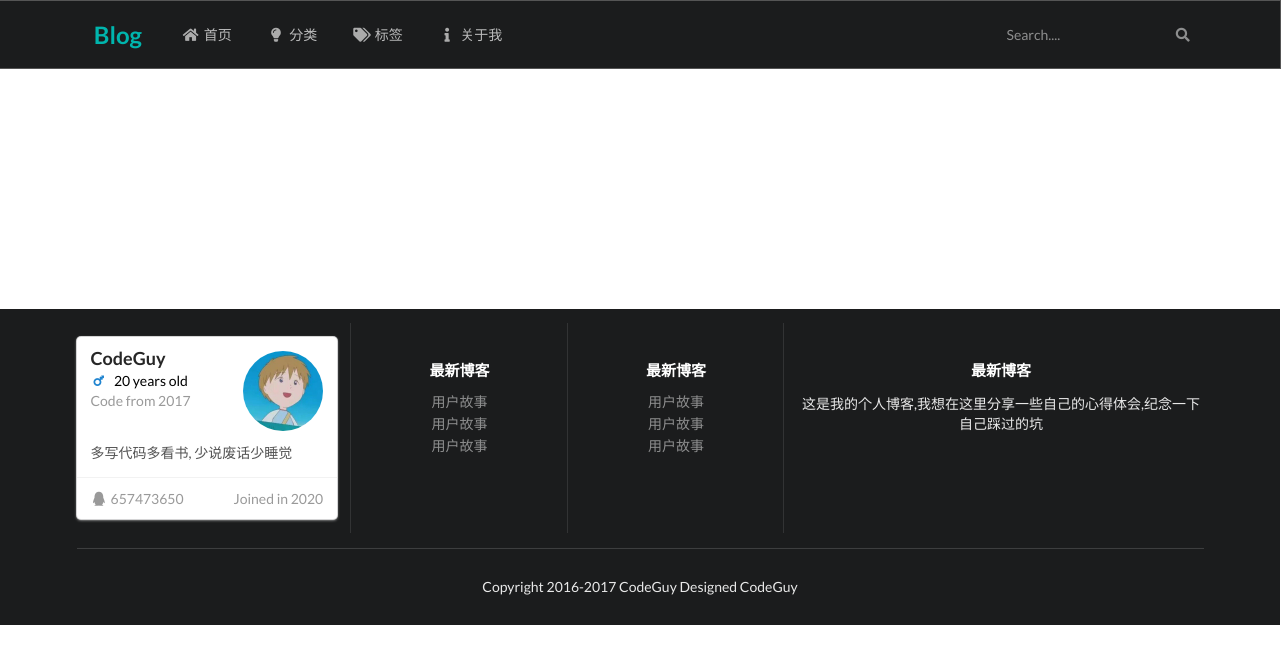
Repository: GOGOHQ/myblog
Page: index.html
The author's editor kept a copy of each file at every save. The page is drawn from the files as they stood at one save, then again after the next save.
The browser window is 1280 px wide. The page is 1281 px wide, so the pictures cover 1281 px, including what lies to the right of the window. The pictures show the whole page.
Some web libraries are served in a nearby version.

Above is the page before, as saved 2020-01-16 16:05:29.

After the next save:
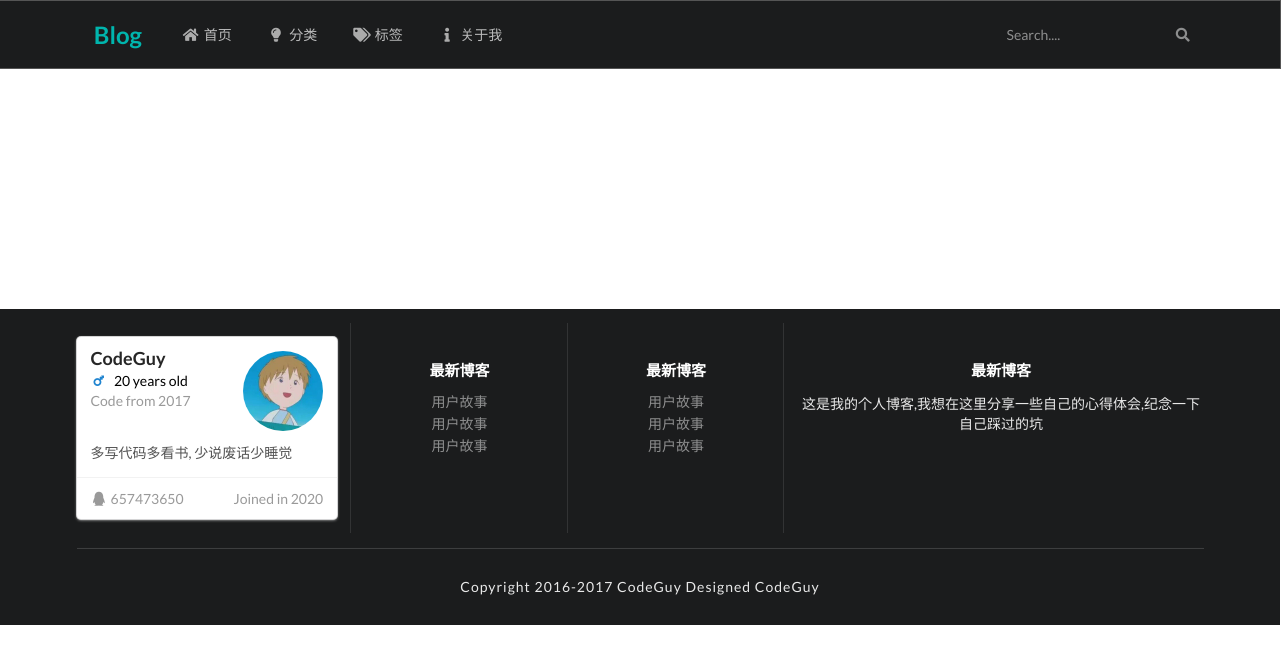
Saved 39 s later.
--- a/index.html
+++ b/index.html
@@ -88,7 +88,7 @@
             </div>
         </div>
         <div class="ui inverted section divider"></div>
-        <p class="m-text-thin">Copyright 2016-2017 CodeGuy Designed CodeGuy</p>
+        <p class="m-text-thin m-text-spaced">Copyright 2016-2017 CodeGuy Designed CodeGuy</p>
     </div>
 </footer>
 </body>
